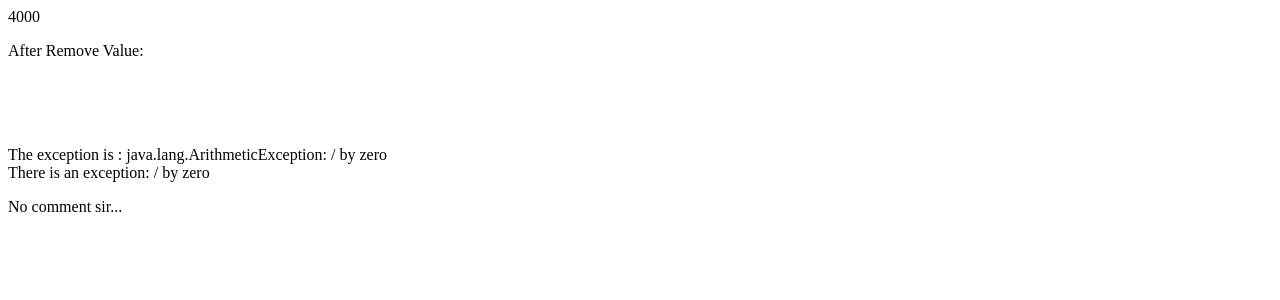
Repository: Asterisc-Institute/Adv-Java-Batch8
Page: http://localhost/Jsp-Day08/
An editor plug-in stored every save of this project. The page is shown before and after the next save, followed by the edit.
The browser window is 1280 px wide. The pictures show the whole page.
The page is served by Tomcat 9.

Above is the page before, as saved 2023-05-14 14:24:26.

After the next save:
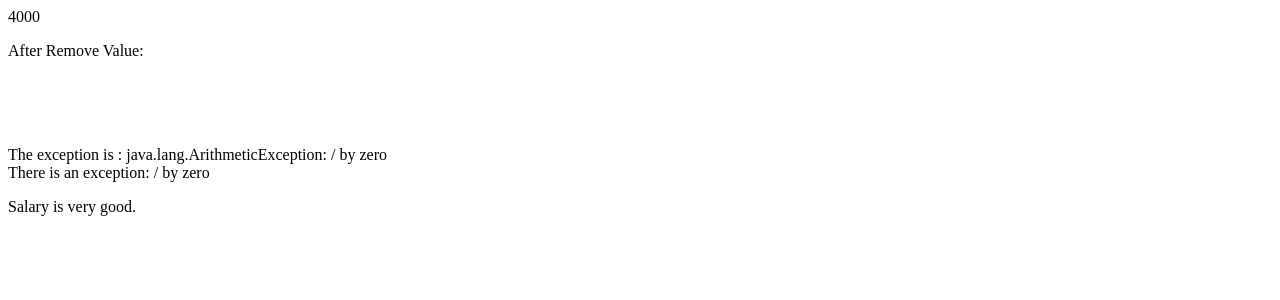
Saved 51 s later.
--- a/Jsp-Day08/WebContent/index.jsp
+++ b/Jsp-Day08/WebContent/index.jsp
@@ -37,6 +37,7 @@
 	</c:if>
 
 	<!-- choose / when / otherwise -->
+	<c:set var="salary" scope="session" value="${2000*2}" />
 	<c:choose>
 		<c:when test="${salary <= 0}">
             Salary is very low to survive.

After the 2 saves that followed:
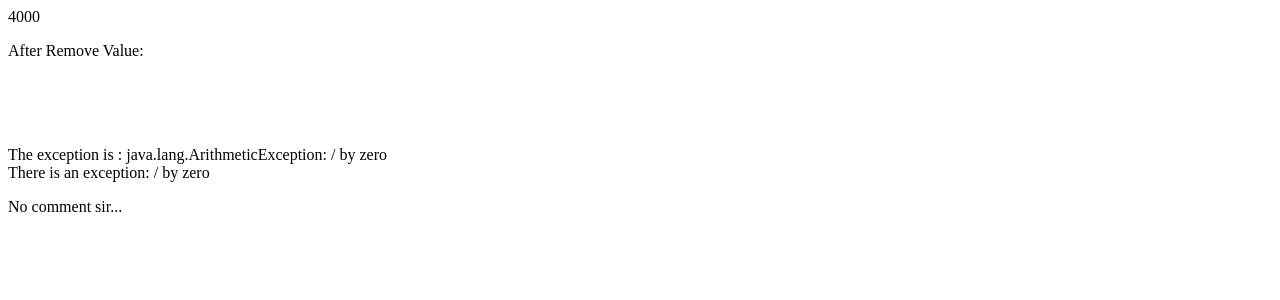
The 2 saves are shown as one change because 1 left the picture as it was.
The last was saved 36 s later.
--- a/Jsp-Day08/WebContent/index.jsp
+++ b/Jsp-Day08/WebContent/index.jsp
@@ -37,13 +37,13 @@
 	</c:if>
 
 	<!-- choose / when / otherwise -->
-	<c:set var="salary" scope="session" value="${2000*2}" />
+	<c:set var="salary2" scope="session" value="${200}" />
 	<c:choose>
-		<c:when test="${salary <= 0}">
+		<c:when test="${salary2 <= 0}">
             Salary is very low to survive.
          </c:when>
 
-		<c:when test="${salary > 1000}">
+		<c:when test="${salary2 > 1000}">
             Salary is very good.
          </c:when>
 
